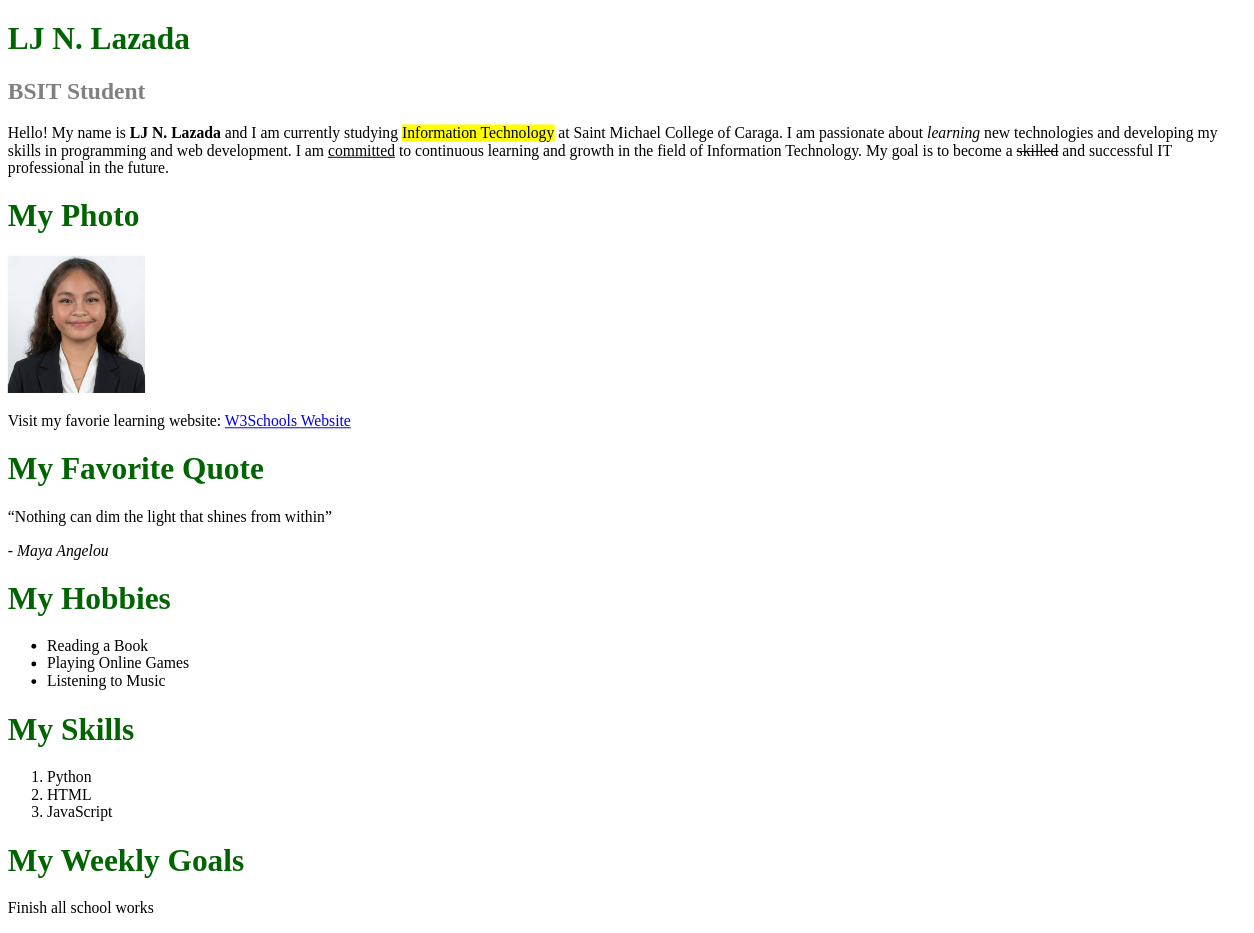
Repository: ljlazada11/myfirsthtml
Page: index.html
The author's editor kept a copy of each file at every save. The page is drawn from the files as they stood at one save, then again after the next save.
The browser window is 1280 px wide. The pictures show the whole page, at 98% of full size.

Above is the page before, as saved 2026-06-24 20:09:50.

After the next save:
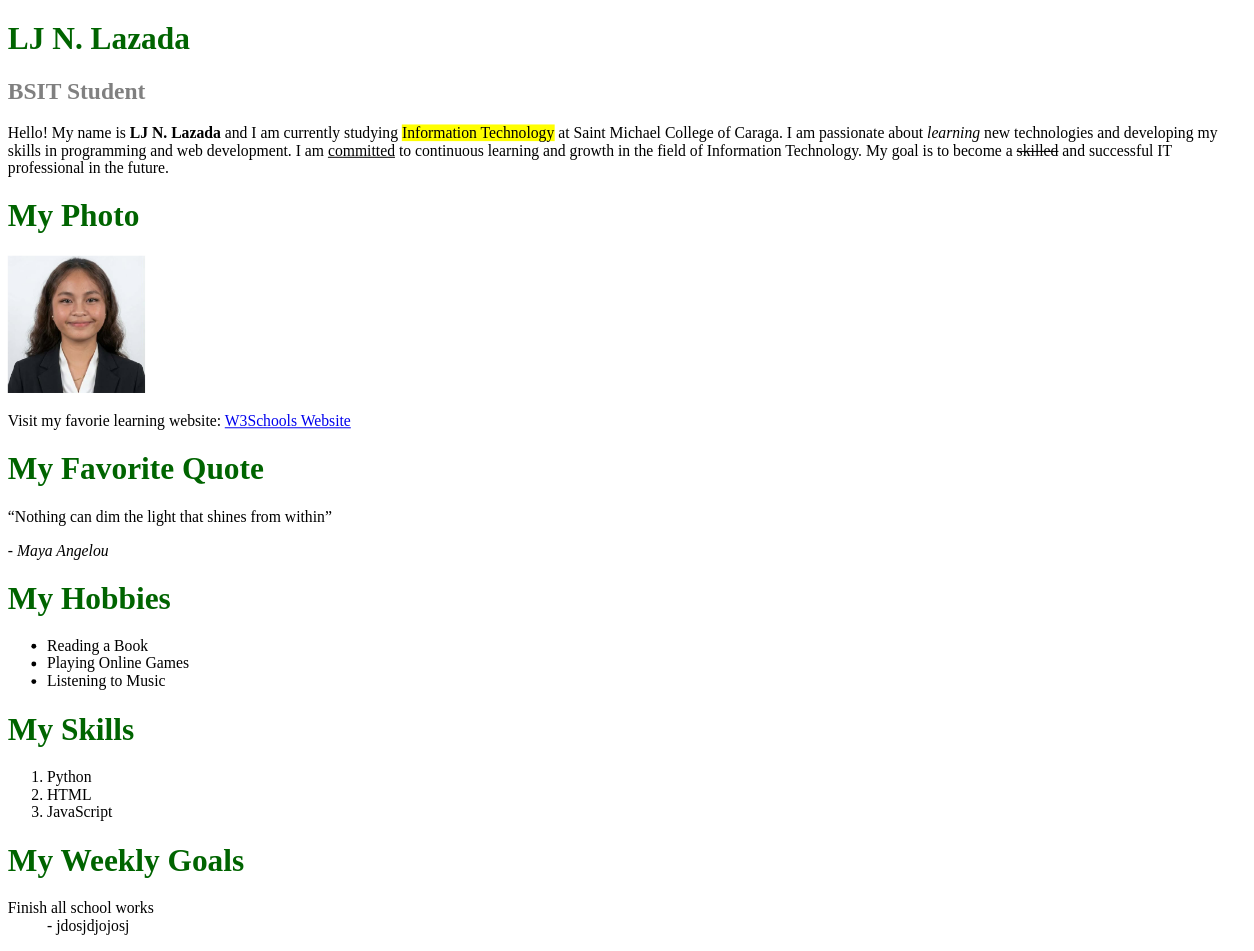
Saved 60 s later.
--- a/index.html
+++ b/index.html
@@ -39,6 +39,7 @@
     <h1 style="color:darkgreen">My Weekly Goals</h1>
     <dl>
         <dt>Finish all school works</dt>
+        <dd>- jdosjdjojosj</dd>
     </dl>
 
 </body>
